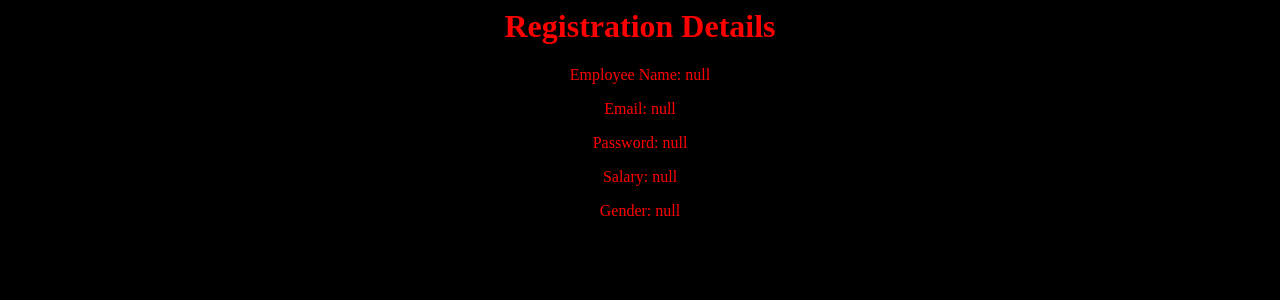
Repository: rajeshyadav3/Advjava
Page: http://localhost/EmpWebApp/RegisterServlet
The author's editor kept a copy of each file at every save. The page is drawn from the files as they stood at one save, then again after the next save.
The browser window is 1280 px wide. The pictures show the whole page.
The page is served by Tomcat 9.

Above is the page before, as saved 2024-01-03 19:02:33.

After the next save:
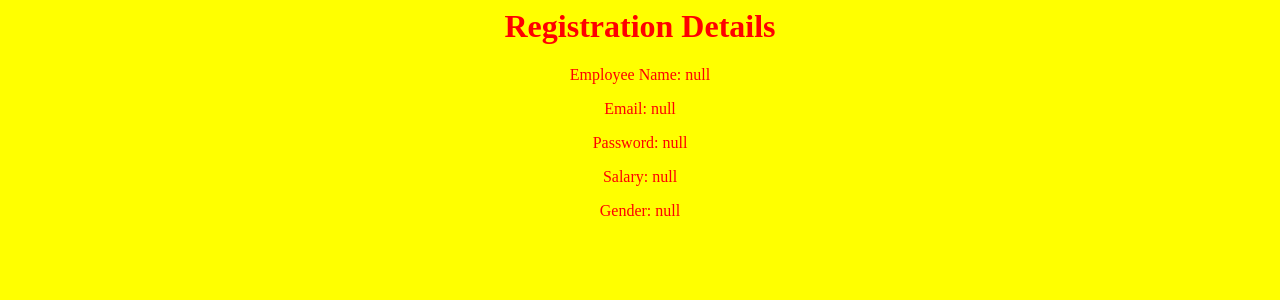
Saved 13 min 41 s later.
--- a/workspace2/EmpWebApp/src/com/web/RegisterServlet.java
+++ b/workspace2/EmpWebApp/src/com/web/RegisterServlet.java
@@ -26,7 +26,7 @@ public class RegisterServlet extends HttpServlet {
 
         out.println("<html>");
 
-        out.println("<body bgcolor='black' text='red'>");
+        out.println("<body bgcolor='yellow' text='red'>");
         out.println("<center>");
         out.println("<h1>Registration Details</h1>");
         out.println("<p>Employee Name: " + ename + "</p>");
